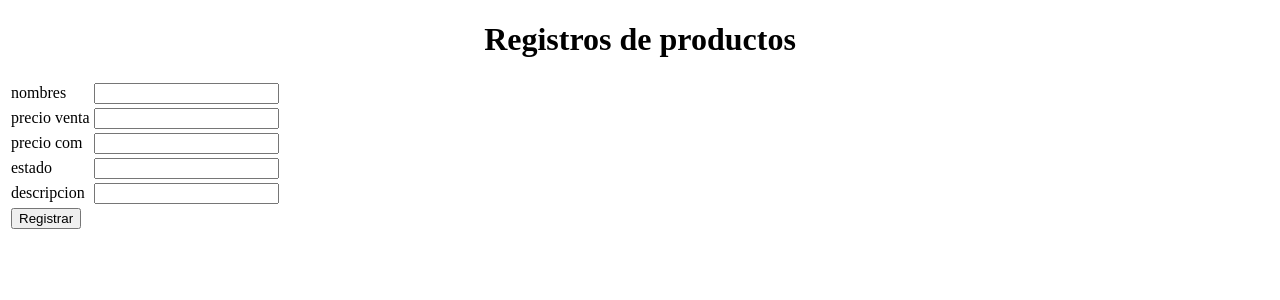
Repository: davidgit20/Examen_JPA
Page: http://localhost/examen_CL2/RegistroProducto.jsp
The author's editor kept a copy of each file at every save. The page is drawn from the files as they stood at one save, then again after a run of saves.
The browser window is 1280 px wide. The pictures show the whole page.
The page is served by Tomcat 9. Other server files are loaded and not shown.

Above is the page before, as saved 2023-10-24 23:37:14.

### examen_CL2/src/main/webapp/RegistroProducto.jsp
<%@ page language="java" contentType="text/html; charset=ISO-8859-1"
    pageEncoding="ISO-8859-1"%>
<!DOCTYPE html PUBLIC "-//W3C//DTD HTML 4.01 Transitional//EN" "http://www.w3.org/TR/html4/loose.dtd">
<html>
<head>
<meta http-equiv="Content-Type" content="text/html; charset=ISO-8859-1">
<title>Productos</title>
</head>
<body>
<h1 align="center">Registros de productos</h1>
	<form>
		<table>
			<tr>
				<td>nombres</td>
				<td><input type="text" name="nombres"></td>
			</tr>
			<tr>
				<td>precio venta</td>
				<td><input type="text" name="venta"></td>
			</tr>
			<tr>
				<td>precio com</td>
				<td><input type="text" name="com"></td>
			</tr>
			<tr>
				<td>estado</td>
				<td><input type="text" name="estado"></td>
			</tr>
			<tr>
				<td>descripcion</td>
				<td><input type="text" name="descrip"></td>
			</tr>
			<tr>
				<td><input type="submit" value="Registrar"></td>
			</tr>
		</table>
	</form>

</body>
</html>

After the next 2 saves:
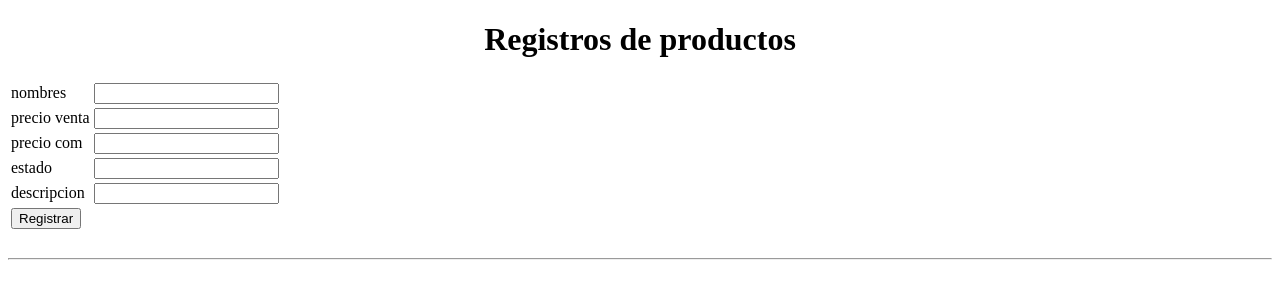
The 2 saves are shown as one change because they came seconds apart.
The last was saved 19 s later.
--- a/examen_CL2/src/main/webapp/RegistroProducto.jsp
+++ b/examen_CL2/src/main/webapp/RegistroProducto.jsp
@@ -35,6 +35,11 @@
 			</tr>
 		</table>
 	</form>
+	<br>
+	<hr>
+	<br>
+
+
 
 </body>
 </html>
